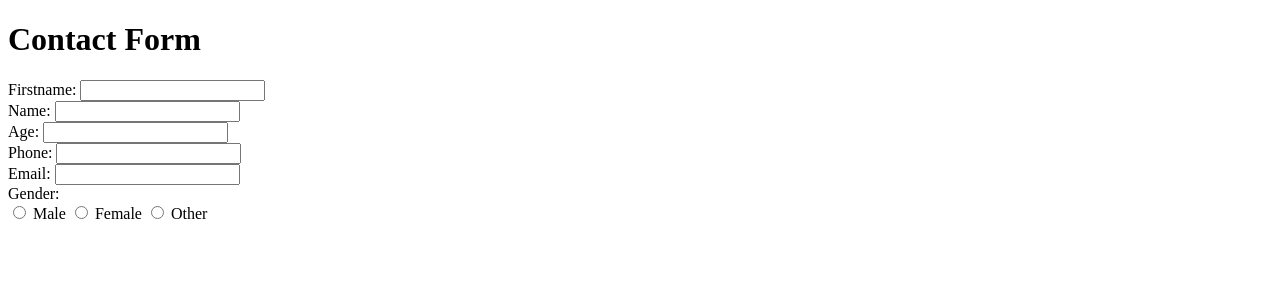
Repository: cronopi/django
Page: Training-Python-Django-0 1/ex02/form.html
These files come from the project's save history. The page is drawn as it stood at one moment and after the next save; the edit follows.
The browser window is 1280 px wide. The pictures show the whole page.

Above is the page before, as saved 2026-03-10 13:43:48.

After the next save:
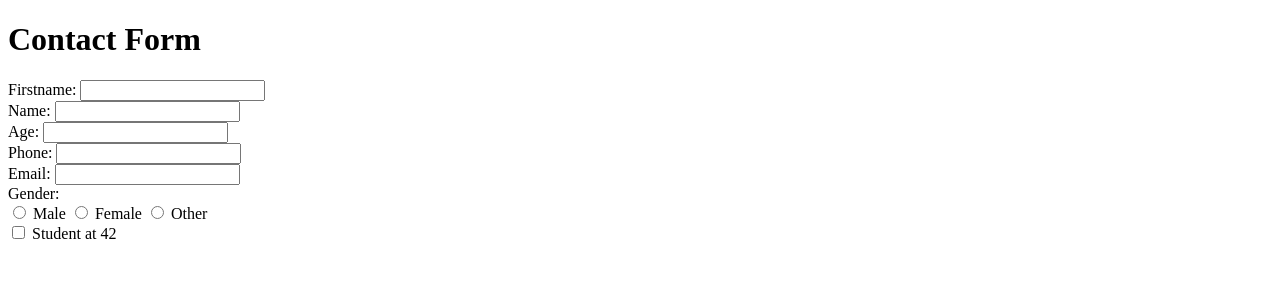
Saved 112 s later.
--- a/Training-Python-Django-0 1/ex02/form.html
+++ b/Training-Python-Django-0 1/ex02/form.html
@@ -20,6 +20,8 @@
 		<label><input type="radio" name="gender" id="gender_female" value="Female"> Female</label>
 		<label><input type="radio" name="gender" id="gender_other" value="Other"> Other</label>
 		<br>
+
+		<label><input type="checkbox" id="student"> Student at 42</label><br>
 	</form>
 
 	<script src="popup.js"></script>
